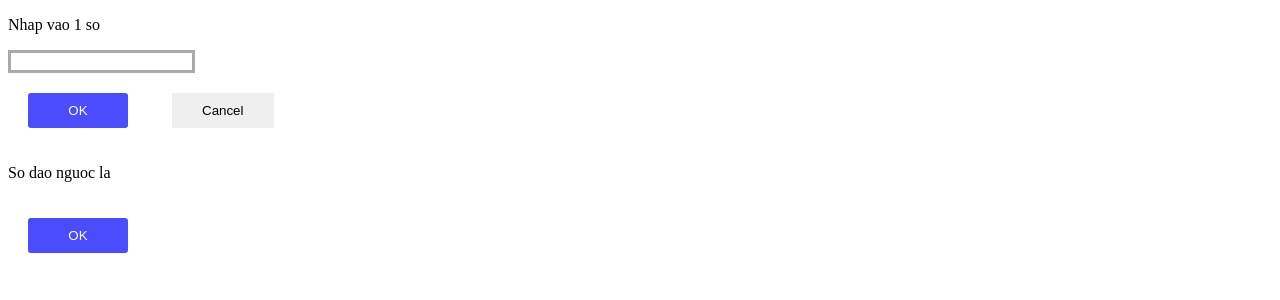
Repository: lhggiang/Sodaonguoc
Page: index.html
These files come from the project's save history. The page is drawn as it stood at one moment and after the next save; the edit follows.
The browser window is 1280 px wide. The pictures show the whole page.

Above is the page before, as saved 2023-05-19 07:01:28.

### index.html
<!DOCTYPE html>
<html lang="en">

<head>
    <meta charset="UTF-8">
    <meta http-equiv="X-UA-Compatible" content="IE=edge">
    <meta name="viewport" content="width=device-width, initial-scale=1.0">
    <link rel="stylesheet" href="./style.css">
    <title>Document</title>
</head>

<body>
    <div class="sodaonguoc">
        <p>Nhap vao 1 so</p>
        <input type="number" id="num">
        <div class="button">
            <button id="yes" class="ok btn">OK</button>
            <button class="btn">Cancel</button>
        </div>
        <p>So dao nguoc la <span id="result"></span></p>
        <button class="ok btn">OK</button>
    </div>

    <script src="./javascript.js"></script>
</body>

</html>

### style.css
#num {
  border: 3px solid #aaa;
}

.btn {
  margin: 20px;
  padding: 10px 30px;
  min-width: 100px;
  border: none;
}

.ok {
  background: rgba(0, 0, 255, 0.7);
  color: white;
  border-radius: 3px;
}

### javascript.js
//So dao nguoc
//C1:
document.getElementById("yes").onclick = function () {
  let num = parseInt(document.getElementById("num").value);
  let res = 0;
  while (num > 0) {
    res = res * 10 + (num % 10);
    num = parseInt(num / 10);
  }
  let result = document.getElementById("result");
  result.innerHTML = res;
};

After the next save:
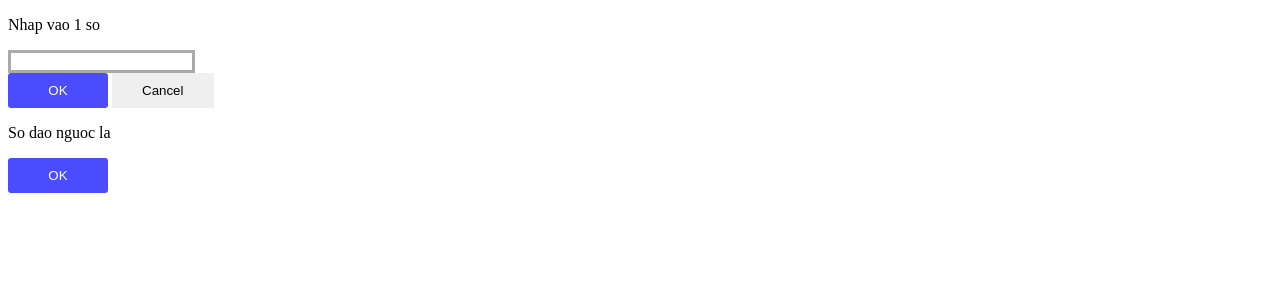
Saved 12 s later.
--- a/style.css
+++ b/style.css
@@ -3,7 +3,6 @@
 }
 
 .btn {
-  margin: 20px;
   padding: 10px 30px;
   min-width: 100px;
   border: none;
